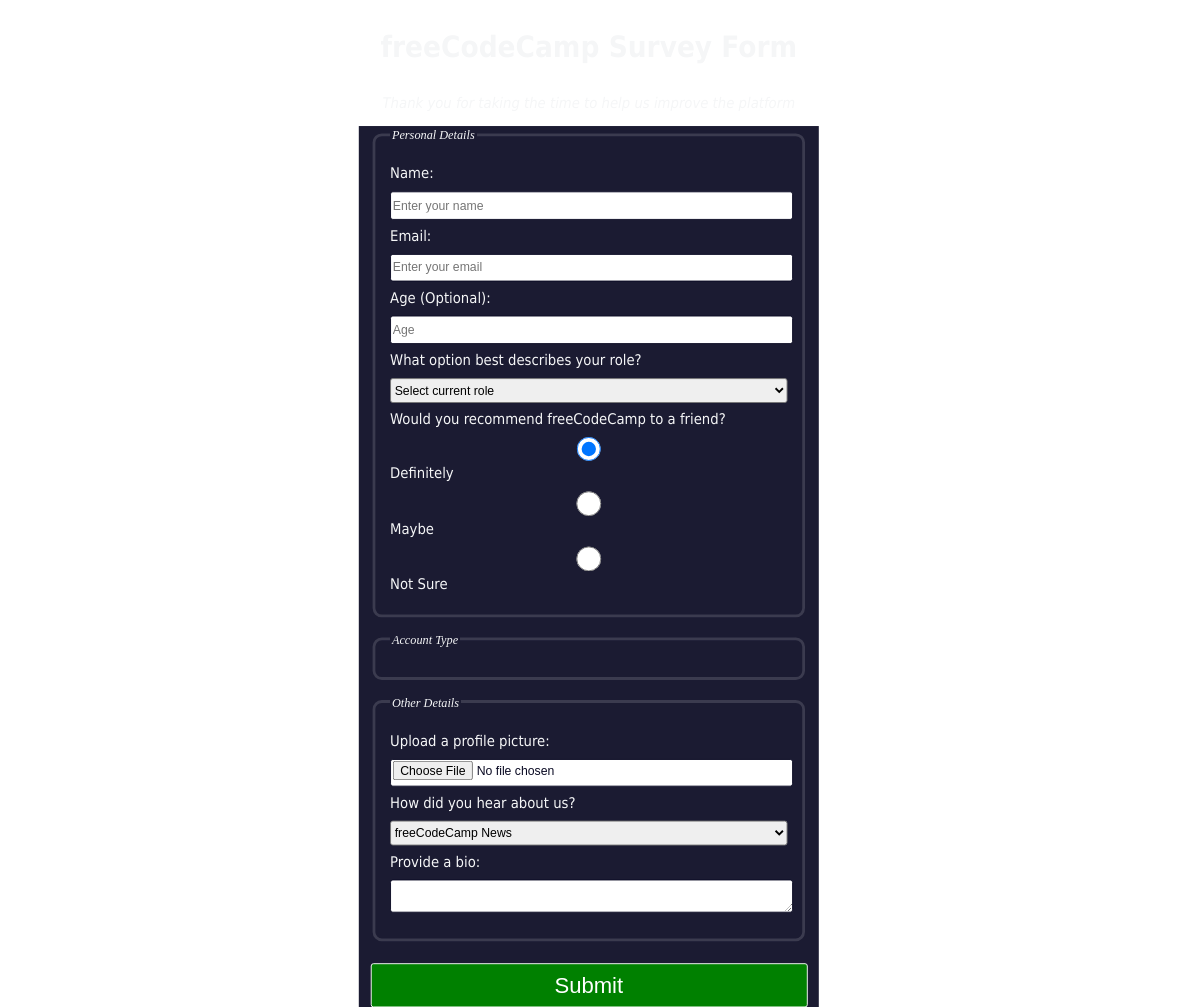
Repository: Lungdjos/survey_form_certification
Page: index.html
These files come from the project's save history. The page is drawn as it stood at one moment and after the next save; the edit follows.
The browser window is 1280 px wide. The pictures show the whole page, at 92% of full size.

Above is the page before, as saved 2023-09-30 03:52:10.

After the next save:
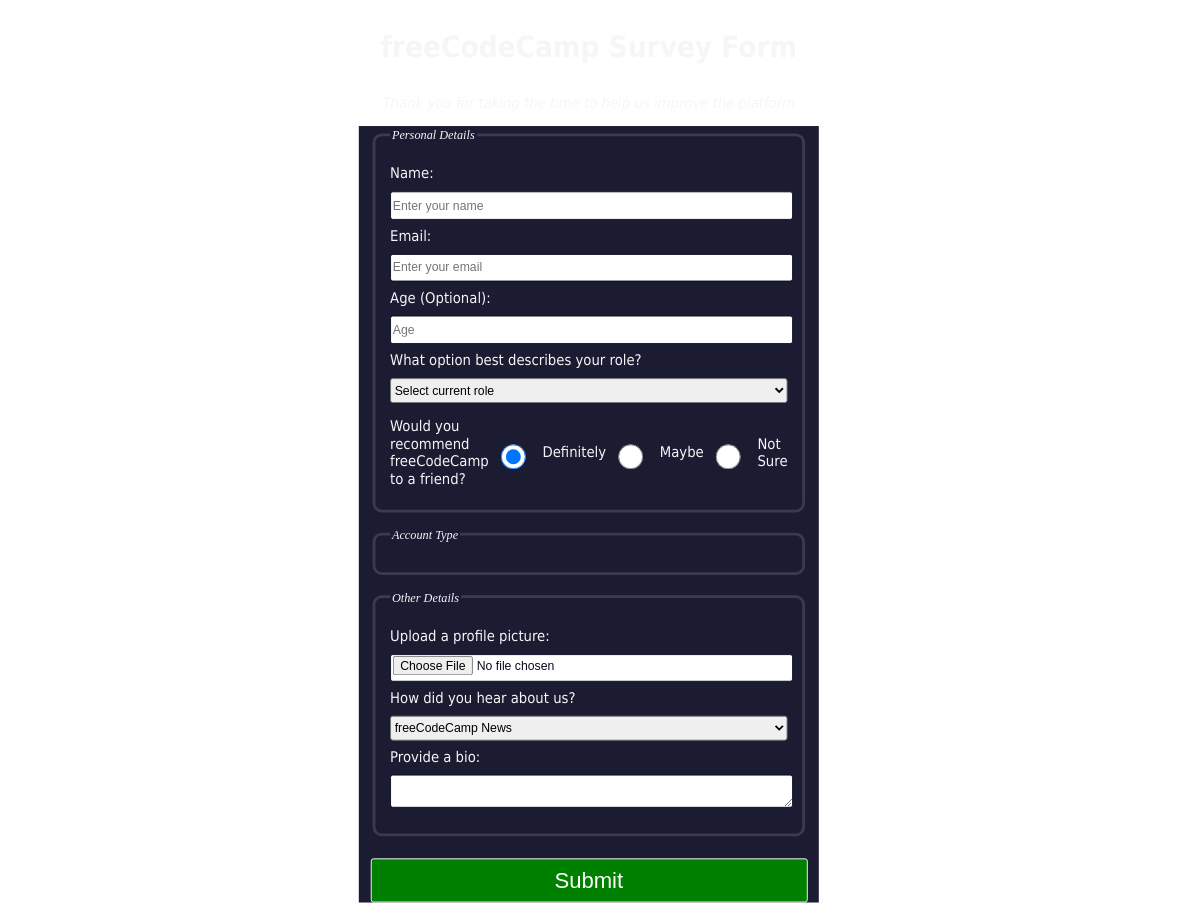
Saved 4 s later.
--- a/styles.css
+++ b/styles.css
@@ -99,7 +99,7 @@
 /* Use flexbox to align items vertically */
 
 .radio-label {
-    display: in;
+    display: inline-flex;
     align-items: center;
 }
 
